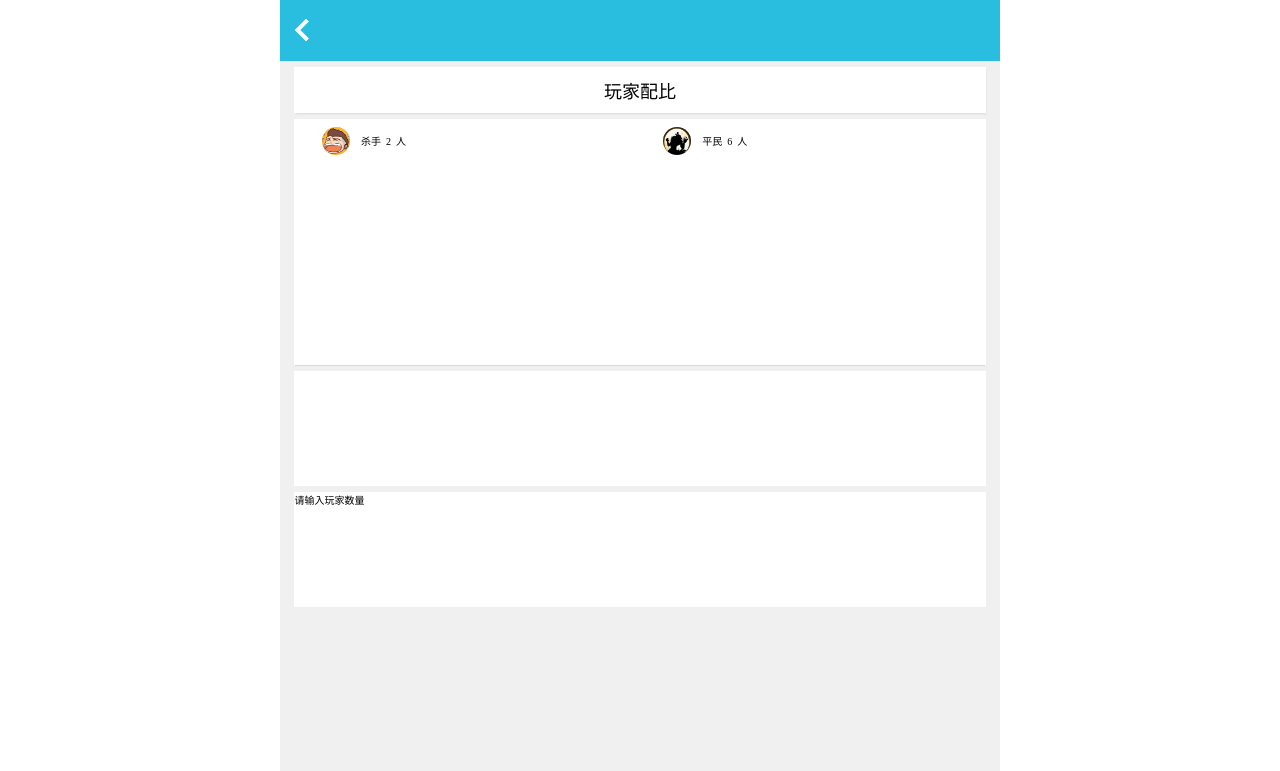
Repository: leozhangpd/My-Codes
Page: JS/two-project/deploy_page.html
The author's editor kept a copy of each file at every save. The page is drawn from the files as they stood at one save, then again after the next save.
The browser window is 1280 px wide. The pictures show the whole page.

Above is the page before, as saved 2020-11-09 17:00:30.

### JS/two-project/deploy_page.html
<!DOCTYPE html>
<html lang="en">
    <head>
        <meta charset="UTF-8">
        <meta name="viewport" content="width=device-width,initial-scale=1.0,maximum-scale=1.0,user-scalable=0" />
        <link rel="stylesheet" href="css/deploy_page.css" type="text/css">
        <title>匹配</title>
    </head>
    <body>
        <header>
            <a href='home_page.html'></a>
        </header>
        <main>
            <div class="title">玩家配比</div>
            <ul class="list">
                <li>
                    <img src="images/footman.png">
                    <span>杀手&nbsp;&nbsp;2&nbsp;&nbsp;人</span>
                </li>
                <li>
                    <img src="images/wolf.png">
                    <span>平民&nbsp;&nbsp;6&nbsp;&nbsp;人</span>
                </li>
            </ul>
            <div class="work-group"></div>
            <div class="player-number">
                请输入玩家数量&nbsp;

            </div>
        </main>
        <footer></footer>
    </body>
</html>

### JS/two-project/css/deploy_page.css
ul{
    list-style-type: none;
    margin: 0;padding: 0;
}
button{
    outline: none;
    border:none;
}
html{
    font-size: 62.5%;
    background: #fff;
    height: 100vh;
}
body{
    height: 100%;
    margin:0 auto;
    padding-bottom: 4%;
    max-width: 720px;
    min-width: 320px;
    background: #f0f0f0;
}
header{
    padding: 3% 5% 3% 2.5%;
    background-color: #29bde0;
}
header>a{
    display: inline-block;
    padding: 8px;
    box-shadow: inset 4px -4px 0 0 #ffffff;
    transform: rotate(45deg);
}
header>button div{
    margin-top: .5rem;
    height: .3rem;
    background-color: #fff;
}
main{
    margin:0 auto;
    width: 96%;
}
main>*{background-color: #fff;}
.title{
    padding: 1rem 0;
    margin: .6rem 0;
    text-align: center;
    font-size: 1.8rem;
    font-weight: 540;
    box-shadow: 1px 2px 2px -1px rgb(218, 218, 218);
}
.list{
    min-height: 23rem;
    padding: 8px 0;
    box-shadow: 0 2px 0 -1px rgb(218, 218, 218);
}
.list>li{
    display: inline-block;
    width: 45%;
    margin-left: 4%;
}
.list img{
    float: left;
    width: 28px;
    border-radius: 50%;
}
.list>li>span{
    display: block;
    padding: 6px 0 0 39px;
}
.work-group,
.player-number{
    margin: .6rem 0;
    min-height: 11.5rem;
}
.player-number{

}

After the next save:
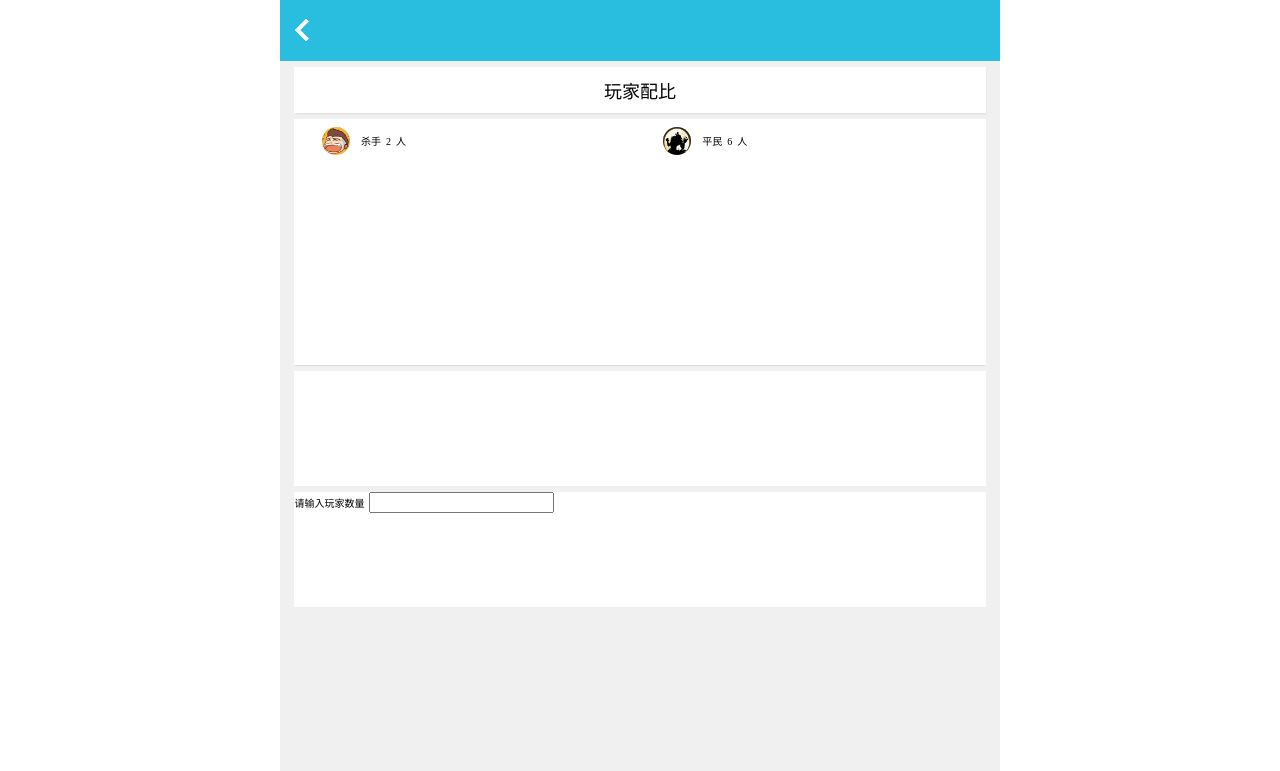
Saved 5 s later.
--- a/JS/two-project/deploy_page.html
+++ b/JS/two-project/deploy_page.html
@@ -25,7 +25,7 @@
             <div class="work-group"></div>
             <div class="player-number">
                 请输入玩家数量&nbsp;
-
+                <input
             </div>
         </main>
         <footer></footer>
